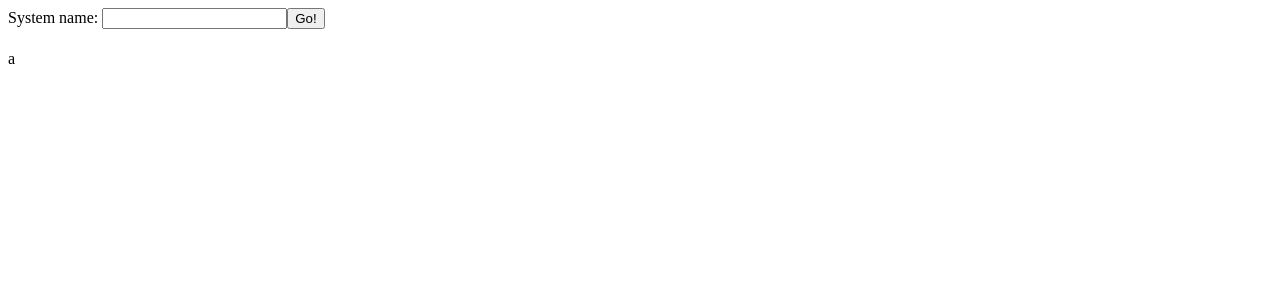
Repository: Smithgift/Impermanence
Page: frontend2/index.html
The author's editor kept a record of every edit. The page is drawn from the files as they stood at one moment, then again after the next edit.
The browser window is 1280 px wide. The pictures show the whole page.
The page's requests for data from a server got no answer.

Above is the page before.
Console error (its wording comes from the project's code and is left out).

After the next edit:
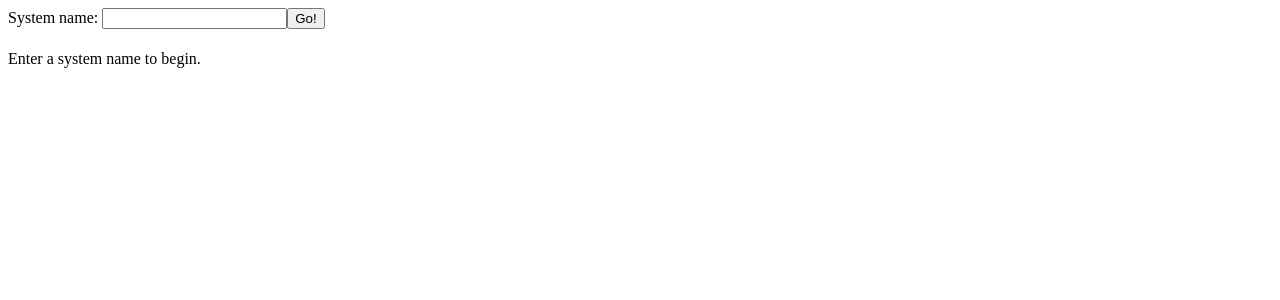
The edit:
--- a/frontend2/index.html
+++ b/frontend2/index.html
@@ -63,7 +63,7 @@
          System name: <input type=text id="name" /><input type=button value="Go!" onclick="setSystem($('#name')[0].value)">
          <h1 id="title"></h1>
          <div id="screen">
-             a
+             Enter a system name to begin.
          </div>
     </body>
 </html>
